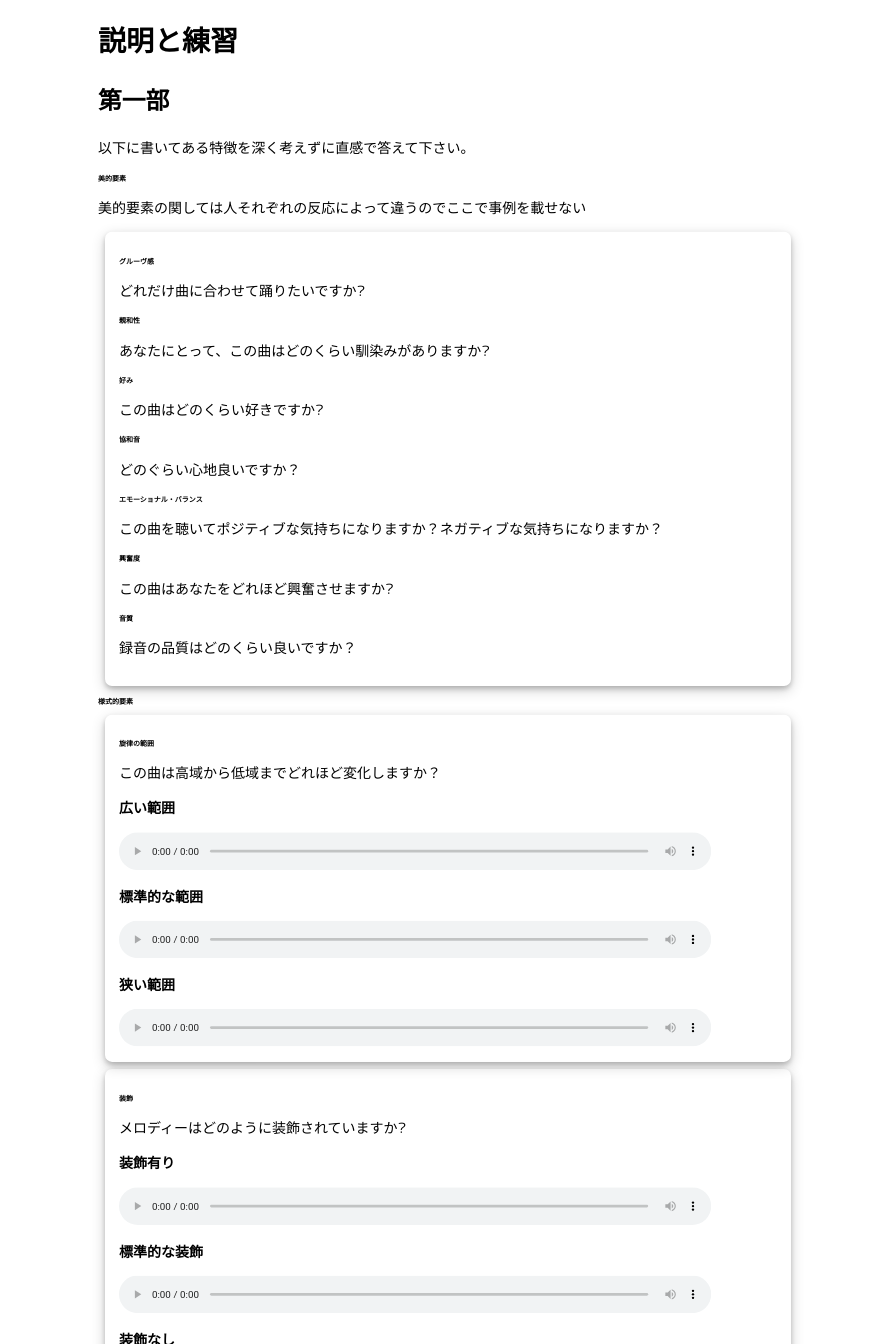
Repository: hideodaikoku/feat-explanation
Page: index.html
The author's editor kept a copy of each file at every save. The page is drawn from the files as they stood at one save, then again after the next save.
The browser window is 1280 px wide. The pictures show the part of the page from y = 0 to 1920 px (the page is 4109 px tall before and 5243 px after), at 70% of full size.

Above is the page before, as saved 2019-09-04 11:11:54.

### index.html
<!DOCTYPE html>
<html lang="en">
<head>
    <meta charset="UTF-8">
    <meta name="viewport" content="width=device-width, initial-scale=1.0">
    <meta http-equiv="X-UA-Compatible" content="ie=edge">
    <link rel="stylesheet" type="text/css" href="index.css">
    <title>Experiment Explanations</title>
</head>
<body>
    <div id="page-container">
        <div class="l-container">
            <h1>説明と練習</h1>
            <h2> 第一部 </h2>
            <p>以下に書いてある特徴を深く考えずに直感で答えて下さい。</p>
            <h4>美的要素</h4>
            <p>美的要素の関しては人それぞれの反応によって違うのでここで事例を載せない</p>
            <div class="l-container-feature">
                <h4>グルーヴ感</h4>
                <p>
                    どれだけ曲に合わせて踊りたいですか?
                </p>

                <h4>親和性</h4>
                <p>
                    あなたにとって、この曲はどのくらい馴染みがありますか?
                </p>

                <h4>好み</h4>
                <p>
                    この曲はどのくらい好きですか?
                </p>

                <h4>協和音</h4>
                <p>
                    どのぐらい心地良いですか？
                </p>

                <h4>エモーショナル・バランス</h4>
                <p>
                    この曲を聴いてポジティブな気持ちになりますか？ネガティブな気持ちになりますか？
                </p>

                <h4>興奮度</h4>
                <p>
                    この曲はあなたをどれほど興奮させますか?
                </p>

                <h4>音質</h4>
                <p>
                    録音の品質はどのくらい良いですか？
                </p>
            </div>

            <h4>様式的要素</h4>
            <div class="l-container-feature">
                <h4>旋律の範囲</h4>
                <p>
                    この曲は高域から低域までどれほど変化しますか？
                </p>
                <p>
                    <strong>広い範囲</strong>
                </p>
                <audio controls="controls">
                    <source src="audio/melodic_high.mp3"/>
                </audio>
                <p>
                    <strong>標準的な範囲</strong>
                </p>
                <audio controls="controls">
                    <source src="audio/melodic_middle.mp3"/>
                </audio>
                <p>
                    <strong>狭い範囲</strong>
                </p>
                <audio controls="controls">
                    <source src="audio/melodic_low.mp3"/>
                </audio>
            </div>
            <div class="l-container-feature">
                <h4>装飾</h4>
                <p>
                    メロディーはどのように装飾されていますか?
                </p>
                <p>
                    <strong>装飾有り</strong>
                </p>
                <audio controls="controls">
                    <source src="audio/ornamentation_high.mp3"/>
                </audio>
                <p>
                    <strong>標準的な装飾</strong>
                </p>
                <audio controls="controls">
                    <source src="audio/ornamentation_medium.mp3"/>
                </audio>
                <p>
                    <strong>装飾なし</strong>
                </p>
                <audio controls="controls">
                    <source src="audio/ornamentation_low.mp3"/>
                </audio>
            </div>
            <div class="l-container-feature">
                <h4>リズム</h4>
                <p>
                    リズムのパターンはどのくらい規則的ですか？
                </p>
                <p>
                    <strong>とても規則的</strong>
                </p>
                <audio controls="controls">
                    <source src="audio/rhythm_regular.mp3"/>
                </audio>
                <p>
                    <strong>規則的</strong>
                </p>
                <audio controls="controls">
                    <source src="audio/rhythm_irregular.mp3"/>
                </audio>
                <p>
                    <strong>非常に不規則</strong>
                </p>
                <audio controls="controls">
                    <source src="audio/rhythm_free.mp3"/>
                </audio>
            </div>
            <div class="l-container-feature">
                    <h4>声の重なり</h4>
                    <p>
                        度合い何人の人が同時に歌ってますか?
                    </p>
                    <p>
                        <strong>ソロ</strong>
                    </p>
                    <audio controls="controls">
                        <source src="audio/texture_solo.mp3"/>
                    </audio>
                    <p>
                        <strong>何人かの歌手</strong>
                    </p>
                    <audio controls="controls">
                        <source src="audio/texture_middle.mp3"/>
                    </audio>
                    <p>
                        <strong>多重の歌手</strong>
                    </p>
                    <audio controls="controls">
                        <source src="audio/texture_group.mp3"/>
                    </audio>
                </div>
            <div class="l-container-feature">
                <h4>喉のテンション</h4>
                <p>
                    喉に力がかかっていますか?
                </p>
                <p>
                    <strong>喉に力がかかってる</strong>
                </p>
                <audio controls="controls">
                    <source src="audio/v_width_narrow.mp3"/>
                </audio>
                <p>
                    <strong>標準的</strong>
                </p>
                <audio controls="controls">
                    <source src="audio/v_width_mid.mp3"/>
                </audio>
                <p>
                    <strong>喉に力がかかっていない</strong>
                </p>
                <audio controls="controls">
                    <source src="audio/v_width_wide.mp3"/>
                </audio>
            </div>
            <div class="l-container-feature">
                <h4>テンポ</h4>
                <p>
                    この曲はどのくらい早いですか?
                </p>
                <p>
                    <strong>早い</strong>
                </p>
                <audio controls="controls">
                    <source src="audio/tempo_fast.mp3"/>
                </audio>
                <p>
                    <strong>標準的</strong>
                </p>
                <audio controls="controls">
                    <source src="audio/tempo_moderate.mp3"/>
                </audio>
                <p>
                    <strong>遅い</strong>
                </p>
                <audio controls="controls">
                    <source src="audio/tempo_slow.mp3"/>
                </audio>
            </div>
        </div>
        <footer>
            <small>Keio University Shonan Fujisawa Campus</small>
        </footer>
    </div>
</body>

</html>

### index.css
@import url('https://fonts.googleapis.com/css?family=M+PLUS+Rounded+1c&display=swap');

html {

    width:100%;
    height:100%;
    font-size: 62.5%;
    -webkit-font-smoothing: antialiased;
    -moz-osx-font-smoothing: grayscale;
    padding: unquote('env(safe-area-inset)');
}

body {
    margin:0;
    -webkit-text-size-adjust: 100%;
    position:relative;
    box-sizing: border-box;
    min-height:100%;
}

h1, h2, h3, p{
    font-family: 'M Plus Rounded 1c', sans-serif;
}

h1{
    font-size: 4rem;
}
h2{
    font-size: 3.4rem;
}
h3{
    font-size: 3rem;
}
p{
    font-size: 2rem;
    font-weight: 100;
}
.l-container{
    margin: 0 auto;
    width: 100em;
    padding-bottom: 5em;
}
.l-container-feature{
    margin: 1em;
    padding: 2em;
    border-radius: 1em;
    box-shadow: .0 4px 8px 0 rgba(0, 0, 0, 0.2), 0 6px 20px 0 rgba(0, 0, 0, 0.19);
}

#page-container {
    position: relative;
    min-height: 100vh;
}

button{
    border: none;
    border-radius: 1em;
    box-shadow: none;
    width: 10em;
    height: 5em;
    margin: 0 auto;
    display: block;
    background-color: rgb(46, 109, 136);

}
button:hover{
    opacity: 0.6;
}
p.button{
    color: white;
    margin: 0 auto;
}
footer{
    position: absolute;
    bottom: 0;
    width: 100%;
    height: 2em;
    padding-top: 1em;
    text-align: center;
}
audio{
    width: 90%;
    margin: 0 auto;
    /* display: block; */
    border-radius: 2em;
}

After the next save:
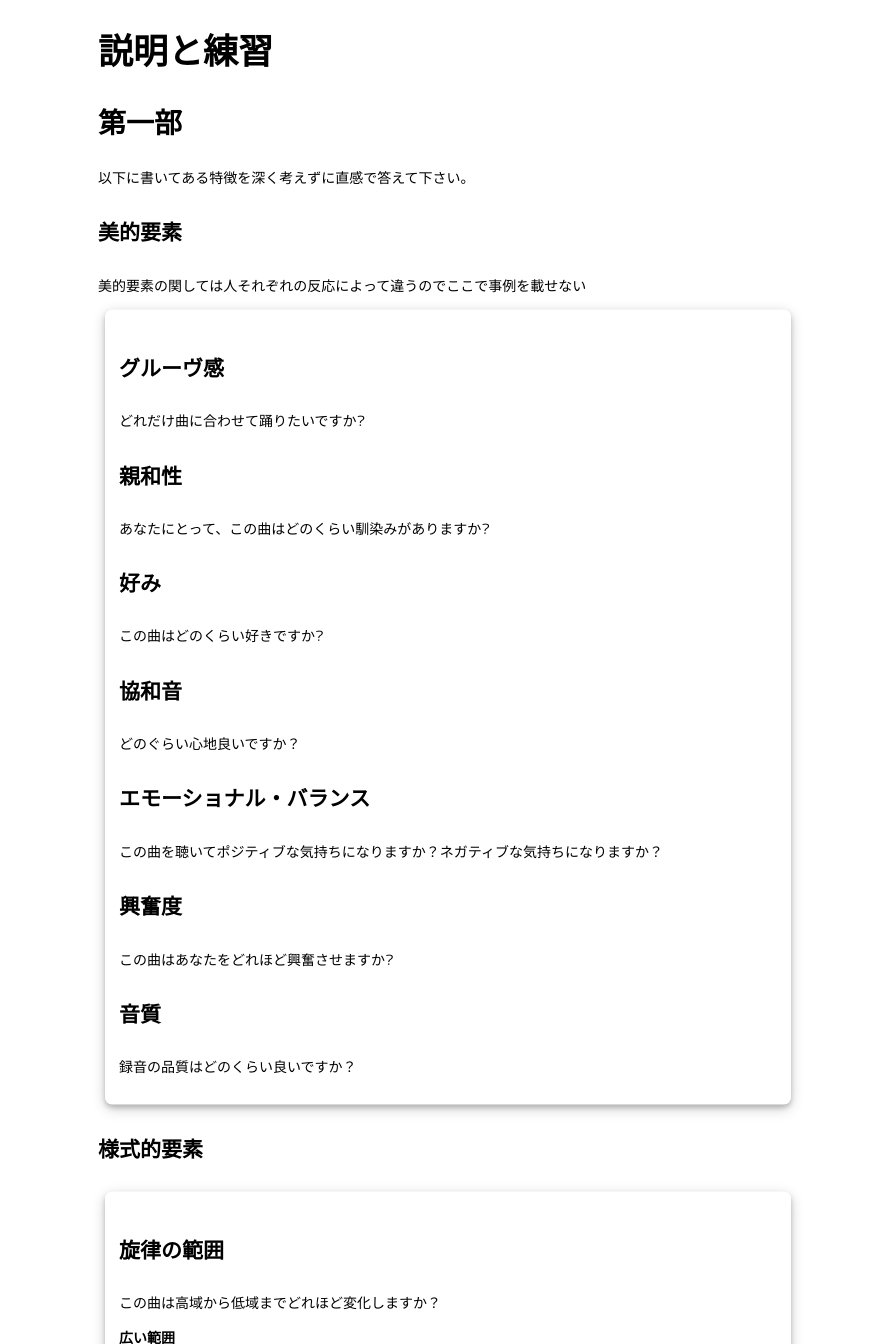
Saved 38 s later.
--- a/index.css
+++ b/index.css
@@ -23,12 +23,15 @@ h1, h2, h3, p{
 }
 
 h1{
+    font-size: 5rem;
+}
+h2{
     font-size: 4rem;
 }
-h2{
+h3{
     font-size: 3.4rem;
 }
-h3{
+h4{
     font-size: 3rem;
 }
 p{
